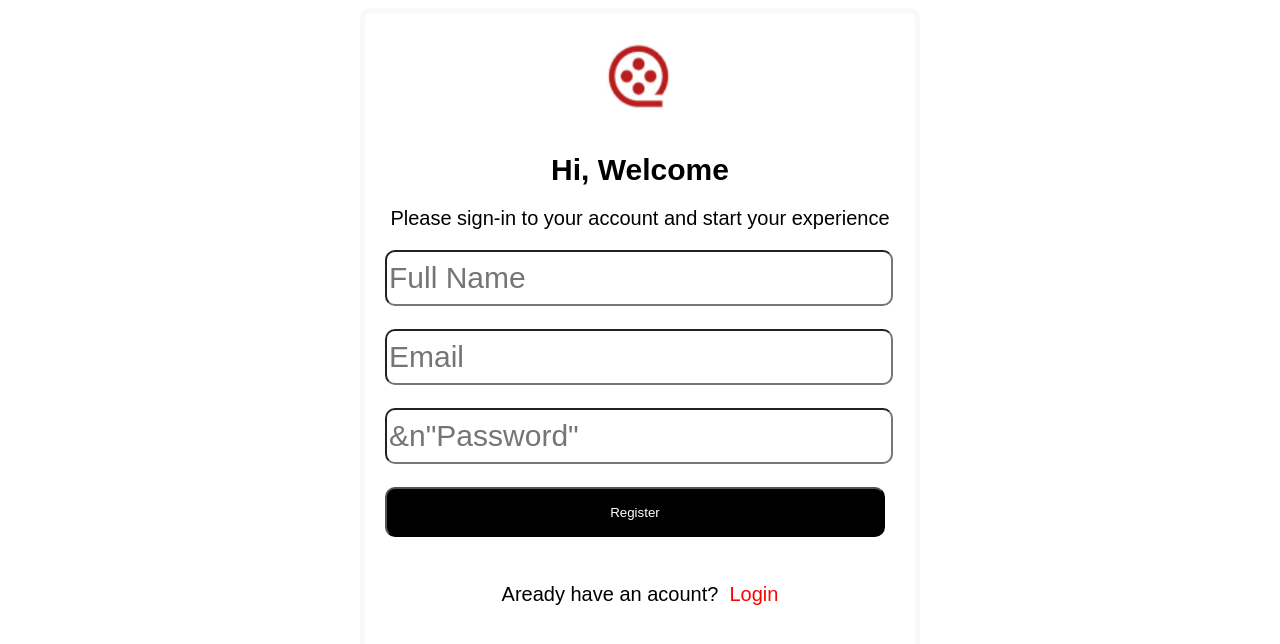
Repository: KingBoyMaylow/movie-task
Page: index.html
The author's editor kept a copy of each file at every save. The page is drawn from the files as they stood at one save, then again after the next save.
The browser window is 1280 px wide. The pictures show the whole page.

Above is the page before, as saved 2024-05-21 12:04:03.

### index.html
<!DOCTYPE html>
<html>
<head>
    <link rel="stylesheet" href="script.css">
  <title>Free Movies</title>
</head>
<body>
    <div class="firstdiv">
        <img src="WhatsApp Image 2024-05-20 at 13.51.03_2167d28e.jpg" alt="div">
        <h1>Hi, Welcome</h1>
  <h3>Please sign-in to your account and start your experience</h3>

  <form action="signup.php" method="post">

    <label form="<div class="form-group"">
      <label for=""></label>
      <input type="Full Name" class="form-control" name="Full Name" id="full Name" placeholder="Full Name">
    <br>

    <br><label form="<div class=">
      <label for=""></label>
      <input type="email" class="form-control" name="email" id="email" placeholder="Email">
    <br>

    <br><label form="<div class="form-group">
      <label for=""></label>
      <input type="password" class="form-control" name="" id="password" placeholder=&n"Password">
    <br>

    <br><a href="http://127.0.0.1:5500/home-side.html"><input type="submit" value="Register" class="register-btn"></a>
  <br>

    <br><br><span>Aready have an acount? &nbsp; <a href="http://127.0.0.1:5500/2index.html">Login</a></span>
</div>
</body>
</html>

### script.css
body{
    font: 1em sans-serif;
    font-size: 20px;
    font-weight: 100px;
    display: flex;
    flex-direction: column;
    flex-wrap: wrap;
    justify-content: center;
    align-items: center;
}
h3{
    font-size: 20px;
    font-weight: normal;
    text-align: center;
}

.form-control{
    height: 50px;
    width: 500px;
    border-radius: 10px;
    font-size: 30px;
    margin-left: 20px;
}
h1{
    margin-left: 50px;
    text-align: center;
    font-size: 30px;
    margin-right: 50px;
}
img{
    width: 150px;
    display: block;
    margin: auto;
    height: 120px;
}
.firstdiv{
    border: 5px solid rgb(250, 248, 248);
    border-radius: 10px;
    width: 550px;
    height: 650px;

}
.register-btn{
    width: 500px;
    background-color: black;
    color: white;
    height: 50px;
    border-radius: 10px;
    margin-left: 20px;
}

span a {
    color: red;
    text-decoration: none;
}

.div2{
    border: 5px solid rgb(250, 248, 248);
    border-radius: 10px;
    width: 550px;
    height: 600px;

}
span{
    display: flex;
    justify-content: center;
    align-items: center;
}

After the next save:
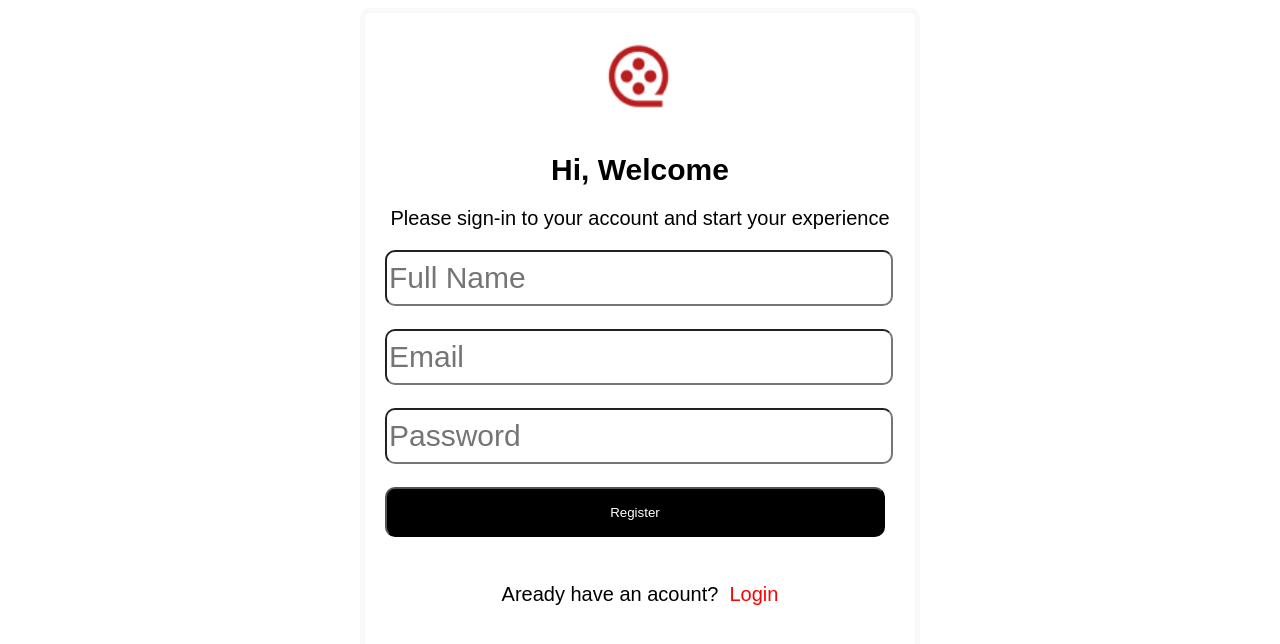
Saved 6 s later.
--- a/index.html
+++ b/index.html
@@ -24,7 +24,7 @@
 
     <br><label form="<div class="form-group">
       <label for=""></label>
-      <input type="password" class="form-control" name="" id="password" placeholder=&n"Password">
+      <input type="password" class="form-control" name="" id="password" placeholder="Password">
     <br>
 
     <br><a href="http://127.0.0.1:5500/home-side.html"><input type="submit" value="Register" class="register-btn"></a>
